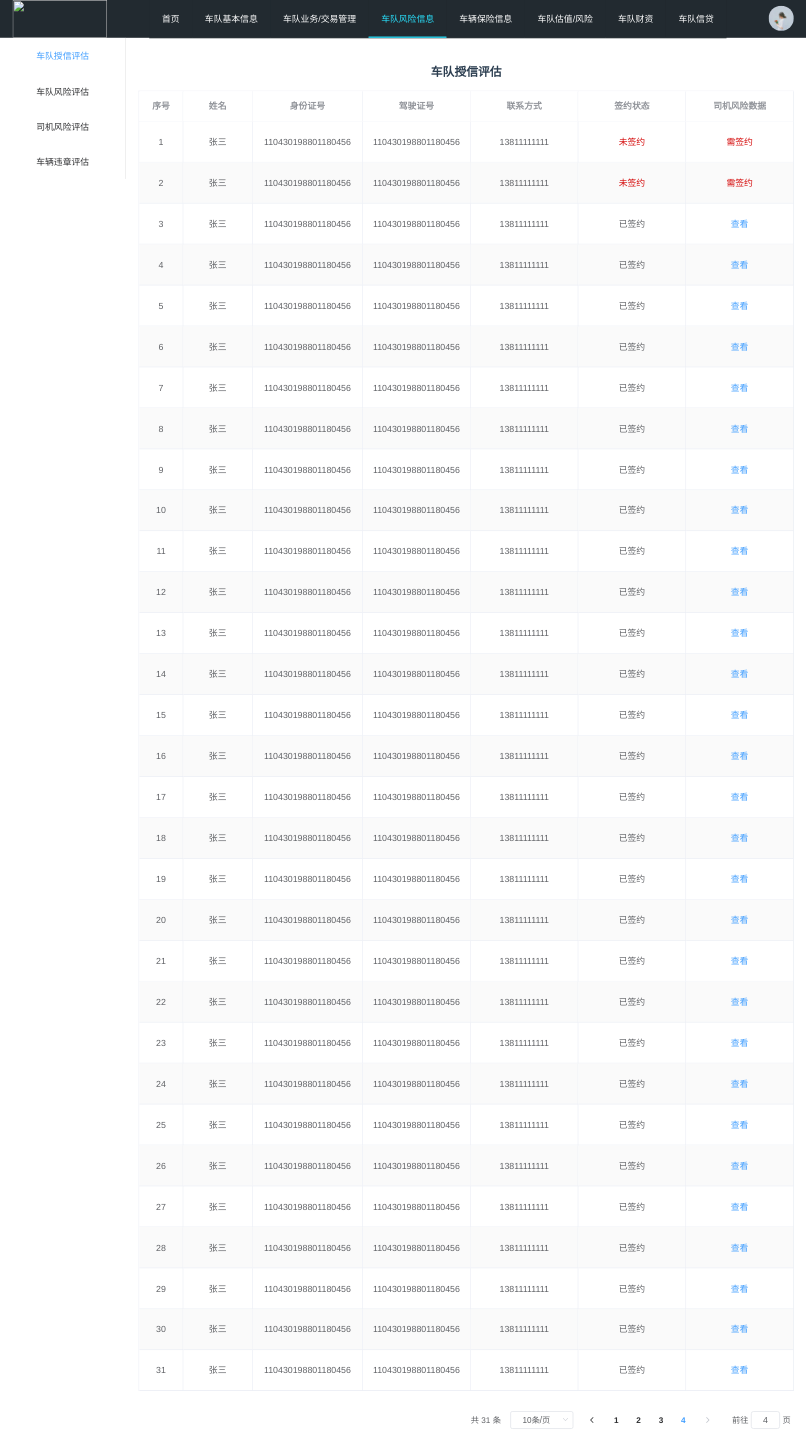
Repository: TheWomanLiketheWind/woodpecker
Page: /
An editor plug-in stored every save of this project. The page is shown before and after the next save, followed by the edit.
The browser window is 1280 px wide. The pictures show the whole page, at 63% of full size.
The project was rebuilt for these pictures with package versions that can differ from the ones it lists, and the page was loaded fresh each time. Also part of the build but not shown: src/views/menuThird.vue.

Above is the page before, as saved 2019-07-26 09:11:54.

### public/index.html
<!DOCTYPE html>
<html lang="en">
  <head>
    <meta charset="utf-8">
    <meta http-equiv="X-UA-Compatible" content="IE=edge">
    <meta name="viewport" content="width=device-width,initial-scale=1.0">
    <link rel="icon" href="<%= BASE_URL %>favicon.ico">
    <title>woodpecker</title>
  </head>
  <body>
    <noscript>
      <strong>We're sorry but woodpecker doesn't work properly without JavaScript enabled. Please enable it to continue.</strong>
    </noscript>
    <div id="app"></div>
    <!-- built files will be auto injected -->
  </body>
</html>

### src/App.vue
<template>
  <div id="app">
    <router-view />
  </div>
</template>

<style lang="scss">
#app {
  font-family: "Avenir", Helvetica, Arial, sans-serif;
  -webkit-font-smoothing: antialiased;
  -moz-osx-font-smoothing: grayscale;
  text-align: center;
  color: #2c3e50;
  .el-header {
    display: flex;
    justify-content: space-between;
    align-items: center;
  }
}
#nav {
  padding: 30px;
  a {
    font-weight: bold;
    color: #2c3e50;
    &.router-link-exact-active {
      color: #42b983;
    }
  }
}
body {
  margin: 0;
}
</style>

### src/router.ts
import Vue from 'vue'
import Router from 'vue-router'
import Home from './views/Home.vue'
Vue.use(Router)

export default new Router({
  mode: 'history',
  base: process.env.BASE_URL,
  routes: [
    {
      path: '/',
      name: 'home',
      component: Home,
      children: [
        {
          path: '/',
          name: 'menuSecond',
          children: [
            {
              path: '/',
              name: 'menuThird',
              component: () =>
                import(/* webpackChunkName: "about" */ './views/menuThird.vue')
            }
          ],
          component: () =>
            import(/* webpackChunkName: "about" */ './views/menuSecond.vue')
        }
      ]
    }
  ]
})

### src/views/Home.vue
<template>
  <el-container>
    <el-header class="headerAll">
      <img src=""
           class="headImage">
      <el-menu :default-active="activeIndex"
               class="el-menu-demo"
               mode="horizontal"
               background-color="#222a30"
               text-color="#fff"
               active-text-color="#29e2fe"
               @select="handleSelect">
        <el-menu-item v-for="(item, index) in menuList"
                      :key="index"
                      :index="item.index"
                      v-on:listenToChildEvent="menuClick">{{item.name}}</el-menu-item>
      </el-menu>

      <el-dropdown>
        <img src="../assets/headImage.jpg"
             class="drophead" />
        <el-dropdown-menu slot="dropdown">
          <el-dropdown-item>个人信息</el-dropdown-item>
          <el-dropdown-item>退出</el-dropdown-item>
        </el-dropdown-menu>
      </el-dropdown>
    </el-header>
    <!-- <router-link to="/menuSecond">点击跳转</router-link> -->
    <router-view />
  </el-container>
</template>

<script lang="ts">
import { Component, Vue } from "vue-property-decorator";

@Component({
  components: {}
})
export default class Home extends Vue {
  data() {
    return {
      activeIndex: "4",
      menuList: [
        {
          name: "首页",
          index: "1",
          link: ""
        },
        {
          name: "车队基本信息",
          index: "2",
          link: ""
        },
        {
          name: "车队业务/交易管理",
          index: "3",
          link: ""
        },
        {
          name: "车队风险信息",
          index: "4",
          link: ""
        },
        {
          name: "车辆保险信息",
          index: "5",
          link: ""
        },
        {
          name: "车队估值/风险",
          index: "6",
          link: ""
        },
        {
          name: "车队财资",
          index: "7",
          link: ""
        },
        {
          name: "车队信贷",
          index: "8",
          link: ""
        }
      ]
    };
  }

  private handleSelect(key: any, keyPath: any) {
    console.log(key, keyPath);
  }

  menuClick(data: any) {
    this.$router.push(data);
  }
}
</script>

<style lang="scss">
.headerAll {
  background: #222a30;
  .headImage {
    width: 150px;
    height: 100%;
    border: 0;
  }
  .drophead {
    width: 40px;
    height: 40px;
    border-radius: 50%;
  }
}
</style>

### src/views/menuSecond.vue
<template>
  <el-container>

    <el-aside width="200px">
      <el-menu :default-active="defaultActive"
               class="el-menu-vertical-demo"
               @select="handleSelect">
        <el-menu-item v-for="(item, index) in filesList.navigeList"
                      :key="index"
                      :index="item.index">
          <span slot="title">{{item.name}}</span>
        </el-menu-item>
      </el-menu>
    </el-aside>
    <el-main>
      <h3>{{filesList.navigeList[this.selectIndex].name}}</h3>
      <el-table :data="tableData"
                border
                stripe
                style="width: 100%">
        <el-table-column type="index"
                         label="序号"
                         width="70"
                         align="center">
        </el-table-column>
        <el-table-column prop="name"
                         label="姓名"
                         width="110"
                         align="center" />
        <el-table-column prop="cardId"
                         label="身份证号"
                         align="center" />
        <el-table-column prop="driveId"
                         label="驾驶证号"
                         align="center" />
        <el-table-column prop="tel"
                         label="联系方式"
                         align="center" />
        <el-table-column prop="signType"
                         label="签约状态"
                         align="center">
          <template slot-scope="scope">
            <span :class="scope.row.signType === 0?'signTypeColor':''">{{scope.row.signType === 0?'未签约':'已签约'}}</span>
          </template>
        </el-table-column>
        <el-table-column label="司机风险数据"
                         align="center">
          <template slot-scope="scope">
            <el-button type="text"
                       v-if="scope.row.signType === 0"
                       class="signTypeColor">需签约</el-button>
            <el-button type="text"
                       v-else>查看</el-button>
          </template>
        </el-table-column>
      </el-table>
      <el-pagination @size-change="handleSizeChange"
                     @current-change="handleCurrentChange"
                     :current-page="currentPage4"
                     :page-sizes="[10, 20, 50, 100]"
                     :page-size="10"
                     layout="total, sizes, prev, pager, next, jumper"
                     :total="tableData.length">
      </el-pagination>
    </el-main>
  </el-container>

</template>

<script lang="ts">
import Vue from "vue";
import files from "../jsonFile";

export default Vue.extend({
  data() {
    return {
      filesList: files,
      selectIndex: 0,
      defaultActive: "1",
      currentPage4: 4,
      tableData: [
        {
          name: "张三",
          cardId: "110430198801180456",
          driveId: "110430198801180456",
          tel: "13811111111",
          signType: 0
        }
      ]
    };
  },
  mounted() {
    this.defined();
  },
  methods: {
    defined() {
      for (let i = 0; i < 30; i++) {
        let object = {
          name: "张三",
          cardId: "110430198801180456",
          driveId: "110430198801180456",
          tel: "13811111111",
          signType: i === 0 ? 0 : 1
        };
        this.tableData.push(object);
      }
    },
    handleSelect(key: String) {
      this.selectIndex = Number(key) - 1;
    },
    handleSizeChange(val: Number) {
      console.log(`每页 ${val} 条`);
    },
    handleCurrentChange(val: Number) {
      console.log(`当前页: ${val}`);
    }
  }
});
</script>


<style lang="scss">
.el-pagination {
  margin-top: 30px;
  float: right;
}
.signTypeColor {
  color: #d40707;
}
</style>

### src/jsonFile.ts
const fileObject = {
  navigeList: [
    {
      name: '车队授信评估',
      index: '1'
    },
    {
      name: '车队风险评估',
      index: '2'
    },
    {
      name: '司机风险评估',
      index: '3'
    },
    {
      name: '车辆违章评估',
      index: '4'
    }
  ]
}

export default fileObject

Loaded but not shown: src/main.ts (common file); src/store.ts (common file)

After the next save:
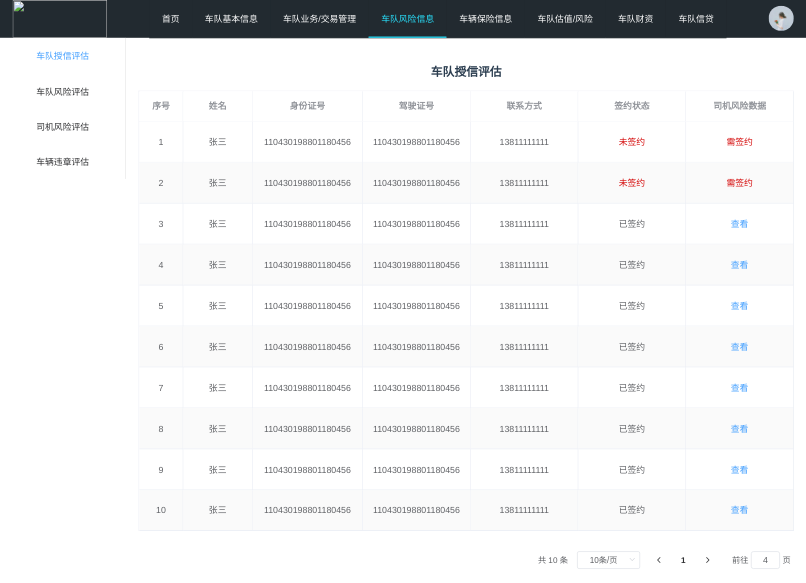
Saved 26 s later.
--- a/src/views/menuSecond.vue
+++ b/src/views/menuSecond.vue
@@ -94,7 +94,7 @@ export default Vue.extend({
   },
   methods: {
     defined() {
-      for (let i = 0; i < 30; i++) {
+      for (let i = 0; i < 9; i++) {
         let object = {
           name: "张三",
           cardId: "110430198801180456",
